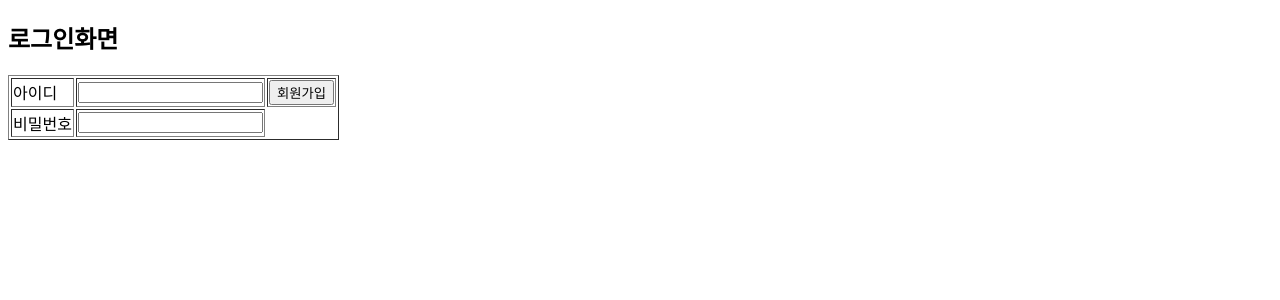
Repository: JungYOsup/Mini_project
Page: http://localhost/EsCape_Room/NewFile.jsp
These files come from the project's save history. The page is drawn as it stood at one moment and after the next save; the edit follows.
The browser window is 1280 px wide. The pictures show the whole page.
The page is served by Tomcat 9.

Above is the page before, as saved 2018-01-15 07:23:43.

After the next save:
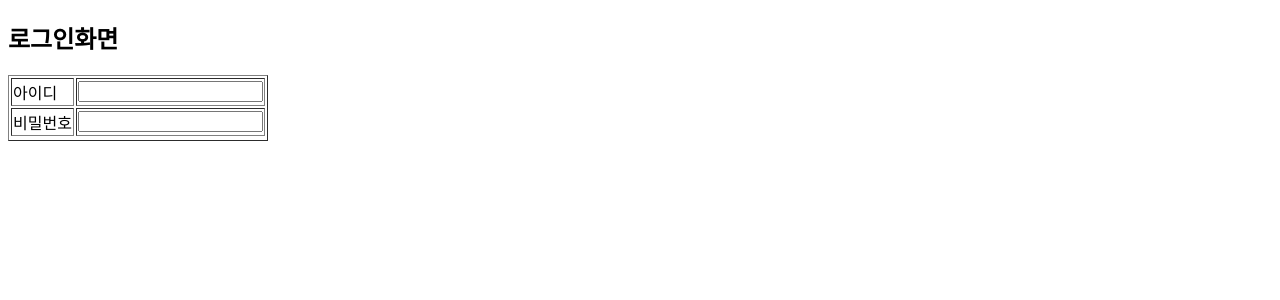
Saved 24 s later.
--- a/EsCape_Room/WebContent/NewFile.jsp
+++ b/EsCape_Room/WebContent/NewFile.jsp
@@ -21,7 +21,7 @@
 	<tr>
 		<td>아이디</td>
 		<td><input type="text" name="id"></td>
-		<td><input type="button" value="회원가입"> </td>
+
 
 
 	</tr>
@@ -31,6 +31,8 @@
 		<td><input type="password" name="pw"></td>
 	</tr>
 
+	<tr></tr>
+
 
 </table>
 </body>
